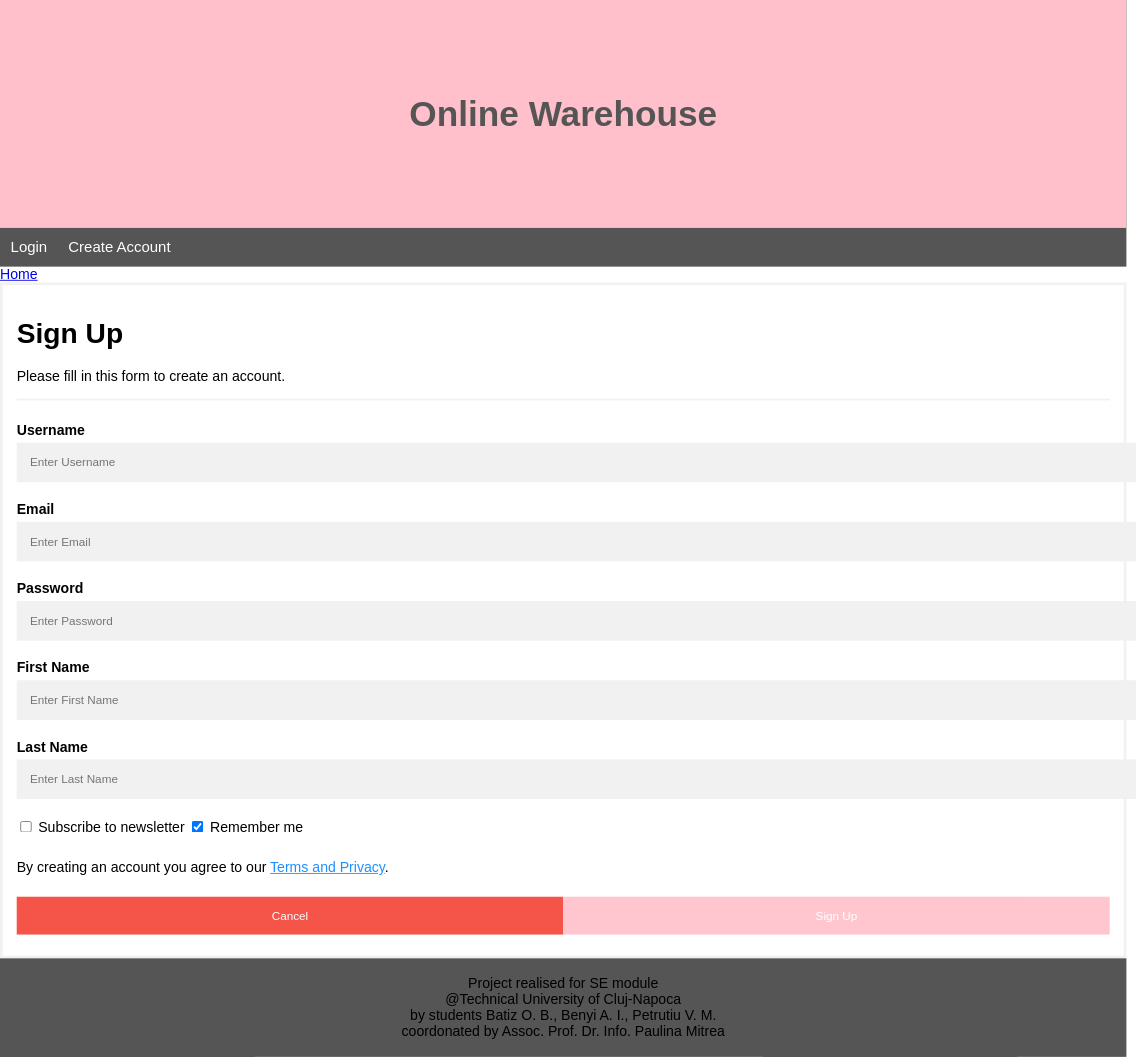
Repository: orsi-batiz/SEwithJSP
Page: http://localhost/OnlineWarehouse/createAccount.jsp
An editor plug-in stored every save of this project. The page is shown before and after the next save, followed by the edit.
The browser window is 1280 px wide. The page is 1291 px wide, so the pictures cover 1291 px, including what lies to the right of the window. The pictures show the whole page, at 88% of full size.
The page is served by Tomcat 9. Other server files are loaded and not shown.

Above is the page before, as saved 2019-01-16 20:42:47.

### OnlineWarehouse/OnlineWarehouse/WebContent/createAccount.jsp
<%@ page language="java" contentType="text/html; charset=ISO-8859-1"
    pageEncoding="ISO-8859-1"%>
<!DOCTYPE html>
<html>
<head>
<meta charset="ISO-8859-1">
<title>Create account</title>

<style>
body {font-family: Arial, Helvetica, sans-serif;}
form {border: 3px solid #f1f1f1;}

  input[type=text], input[type=password] {
  width: 100%;
  padding: 15px;
  margin: 5px 0 22px 0;
  display: inline-block;
  border: none;
  background: #f1f1f1;
}

input[type=text]:focus, input[type=password]:focus {
  background-color: #ddd;
  outline: none;
}

hr {
  border: 1px solid #f1f1f1;
  margin-bottom: 25px;
}

/* Set a style for all buttons */
button {
  background-color: #FFC0CB;
  color: white;
  padding: 14px 20px;
  margin: 8px 0;
  border: none;
  cursor: pointer;
  width: 100%;
  opacity: 0.9;
}

button:hover {
  opacity:1;
}

/* Extra styles for the cancel button */
.cancelbtn {
  padding: 14px 20px;
  background-color: #f44336;
}

/* Float cancel and signup buttons and add an equal width */
.cancelbtn, .signupbtn {
  float: left;
  width: 50%;
}

/* Add padding to container elements */
.container {
  padding: 16px;
}

/* Clear floats */
.clearfix::after {
  content: "";
  clear: both;
  display: table;
}

/* Change styles for cancel button and signup button on extra small screens */
@media screen and (max-width: 300px) {
  .cancelbtn, .signupbtn {
    width: 100%;
  }
}

</style>
</head>
<body>
<jsp:include page="header.jsp" />
<jsp:include page="menu.jsp" />

<form action="createAccountServlet" method="post">

<div class="container">
    <h1>Sign Up</h1>
    <p>Please fill in this form to create an account.</p>
    <hr>

    <label for="username"><b>Username</b></label>
    <input type="text" placeholder="Enter Username" name="username" value="" required>

    <label for="email"><b>Email</b></label>
    <input type="text" placeholder="Enter Email" name="email" value="" required>

    <label for="psw"><b>Password</b></label>
    <input type="password" placeholder="Enter Password" name="password" value="" required>

    <label for="firstName"><b>First Name</b></label>
    <input type="text" placeholder="Enter First Name" name="firstName" value="" required>

    <label for="lastName"><b>Last Name</b></label>
    <input type="text" placeholder="Enter Last Name" name="lastName" value="" required>


    <label>
      <input type="checkbox" name="newsletter"> Subscribe to newsletter
    </label>

    <label>
      <input type="checkbox" checked="checked" name="remember" style="margin-bottom:15px"> Remember me
    </label>

    <p>By creating an account you agree to our <a href="#" style="color:dodgerblue">Terms and Privacy</a>.</p>

    <div class="clearfix">
      <button type="button" class="cancelbtn">Cancel</button>
      <button type="submit" class="signupbtn" value="Create">Sign Up</button>
    </div>
  </div>

</form>

<jsp:include page="footer.jsp" />
</body>
</html>

### OnlineWarehouse/OnlineWarehouse/WebContent/header.jsp
<%@ page language="java" contentType="text/html; charset=UTF-8"
    pageEncoding="UTF-8"%>
<%@ taglib uri="http://java.sun.com/jsp/jstl/core" prefix="c"%>

<!DOCTYPE html>
<html>
<head>
<meta name="viewport" content="width=device-width, initial-scale=1">
<style>
body {
  margin: 0;
  font-family: Arial, Helvetica, sans-serif;
}

.header-container {
  width: 100%;
  background-color: #555;
  overflow: auto;
}

.header-container a {
  float: left;
  padding: 12px;
  color: white;
  text-decoration: none;
  font-size: 17px;
}

.header-container a:hover {
  background-color: #000;
}

.header-container a:focus {
  background-color: #FFC0CB;
}

.header {
  padding: 80px;
  text-align: center;
  background: #FFC0CB;
  color: #555;
}

/* Increase the font size of the heading */
.header h1 {
  font-size: 40px;
}

</style>
</head>
<body>

<div class="header-container">

    <div class="header">
  		<h1>Online Warehouse</h1>
	</div>

    <div class="header-bar">
       <a href="${pageContext.request.contextPath}/login.jsp" >Login</a>
       <a href="${pageContext.request.contextPath}/createAccount.jsp" >Create Account</a>
    </div>
</div>

</body>
</html>

### OnlineWarehouse/OnlineWarehouse/WebContent/menu.jsp
<%@ page language="java" contentType="text/html; charset=UTF-8"
    pageEncoding="UTF-8"%>

<div class="menu-container">

   <a href="${pageContext.request.contextPath}/index.jsp">Home</a>
   <!-- |
   <a href="${pageContext.request.contextPath}/productList">
      Product List
   </a>
   |
   <a href="${pageContext.request.contextPath}/shoppingCart">
      My Cart
   </a>
   |
   <security:authorize  access="hasAnyRole('ROLE_MANAGER','ROLE_EMPLOYEE')">
     <a href="${pageContext.request.contextPath}/orderList">
         Order List
     </a>
     |
   </security:authorize>

   <security:authorize  access="hasRole('ROLE_MANAGER')">
         <a href="${pageContext.request.contextPath}/product">
                        Create Product
         </a>
         |
   </security:authorize>
  -->
</div>

### OnlineWarehouse/OnlineWarehouse/WebContent/footer.jsp
<%@ page language="java" contentType="text/html; charset=UTF-8"
    pageEncoding="UTF-8"%>
<!DOCTYPE html>
<html>
<head>
<meta name="viewport" content="width=device-width, initial-scale=1">
<style>
body {
  margin: 0;
  font-family: Arial, Helvetica, sans-serif;
}

.footer-container {
  padding: 20px;
  text-align: center;
  background: #555;
}

</style>
</head>
<body>

<div class="footer-container">

   Project realised for SE module
   <br>
   @Technical University of Cluj-Napoca
   <br>
   by students Batiz O. B., Benyi A. I., Petrutiu V. M.
   <br>
   coordonated by Assoc. Prof. Dr. Info. Paulina Mitrea

</div>

After the next save:
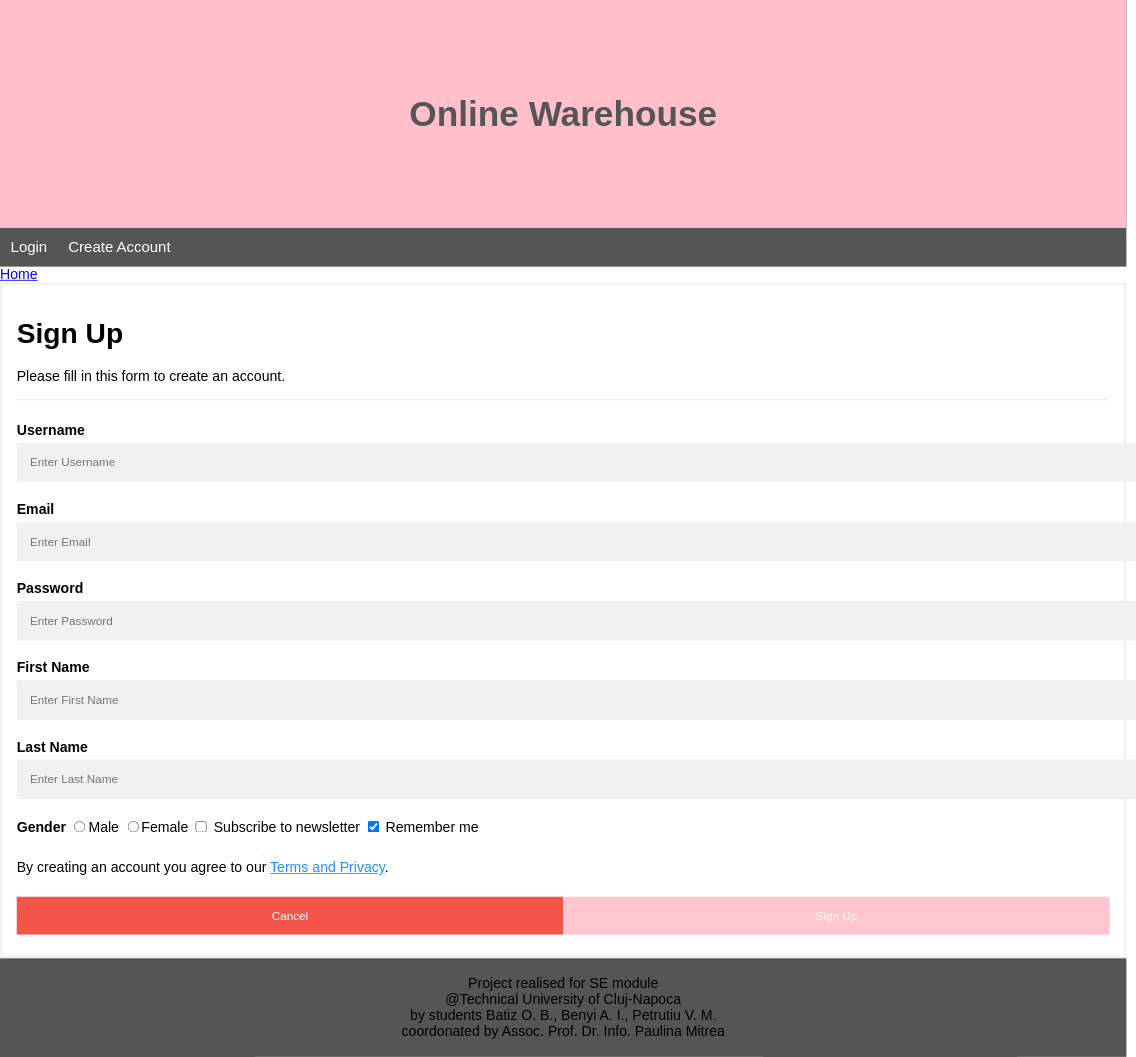
Saved 4 min 52 s later.
--- a/OnlineWarehouse/OnlineWarehouse/WebContent/createAccount.jsp
+++ b/OnlineWarehouse/OnlineWarehouse/WebContent/createAccount.jsp
@@ -104,9 +104,13 @@ button:hover {
     <label for="lastName"><b>Last Name</b></label>
     <input type="text" placeholder="Enter Last Name" name="lastName" value="" required>
 
+    <label for="gender"><b>Gender</b></label>
+    <input type="radio" name="gender" value=0/>Male
+	<input type="radio" name="gender" value=1/>Female
+    </label>
 
-    <label>
-      <input type="checkbox" name="newsletter"> Subscribe to newsletter
+    <label for="newsletter">
+    <input type="checkbox" name="newsletter"> Subscribe to newsletter
     </label>
 
     <label>
